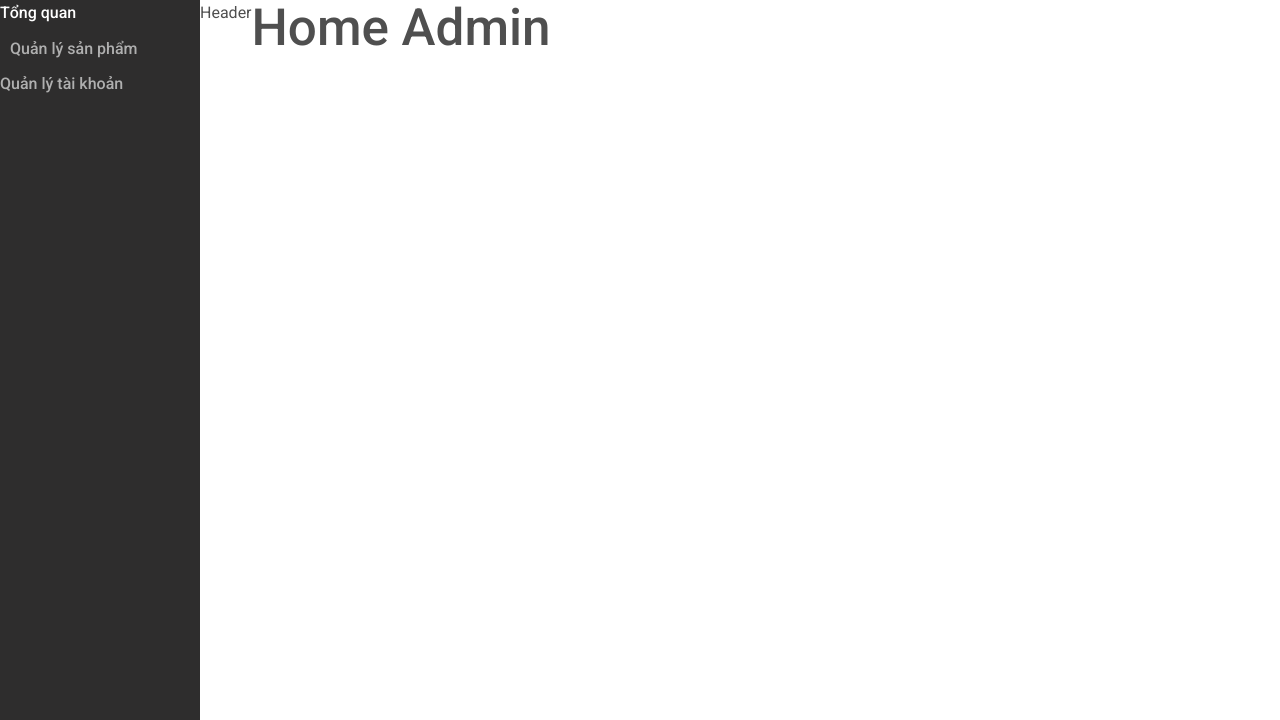
Repository: TinhTT336/MD02_Session10
Page: /admin
An editor plug-in stored every save of this project. The page is shown before and after the next save, followed by the edit.
The browser window is 1280 px wide. The pictures show the whole page.
Some web libraries are served in a nearby version. The project was rebuilt for these pictures with package versions that can differ from the ones it lists, and the page was loaded fresh each time. Also part of the build but not shown: vite.config.js, src/layouts/Navbar.jsx, src/layouts/Footer.jsx, src/components/base/button/button.css, src/components/base/button/Button.jsx, src/pages/Home.jsx, src/common/formatMoney.js, src/actions/cartActions.js and 11 more.

Above is the page before, as saved 2023-09-08 16:09:34.

After the next save:
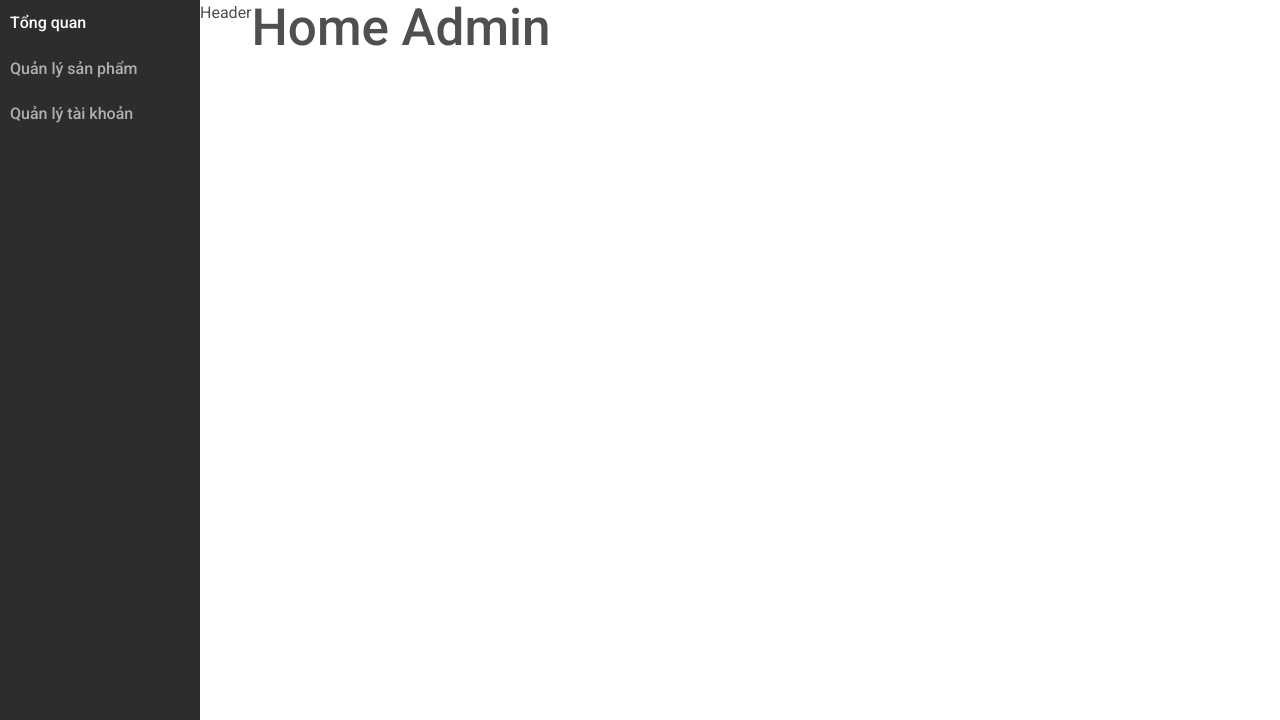
Saved 25 s later.
--- a/src/layouts/admin/sidebar/Sidebar.jsx
+++ b/src/layouts/admin/sidebar/Sidebar.jsx
@@ -8,7 +8,7 @@ export default function Sidebar() {
                 <div>
                     <NavLink to={"/admin"} className="router-item">
                         <div></div>
-                        <div>Tổng quan</div>
+                        <div className='router-title'>Tổng quan</div>
                     </NavLink>
                     <NavLink to={"/admin/manager-product"} className="router-item">
                         <div></div>
@@ -16,7 +16,7 @@ export default function Sidebar() {
                     </NavLink>
                     <NavLink to={"/admin/manager-user"} className="router-item">
                         <div></div>
-                        <div>Quản lý tài khoản</div>
+                        <div className='router-title'>Quản lý tài khoản</div>
                     </NavLink>
                 </div>
             </div>
